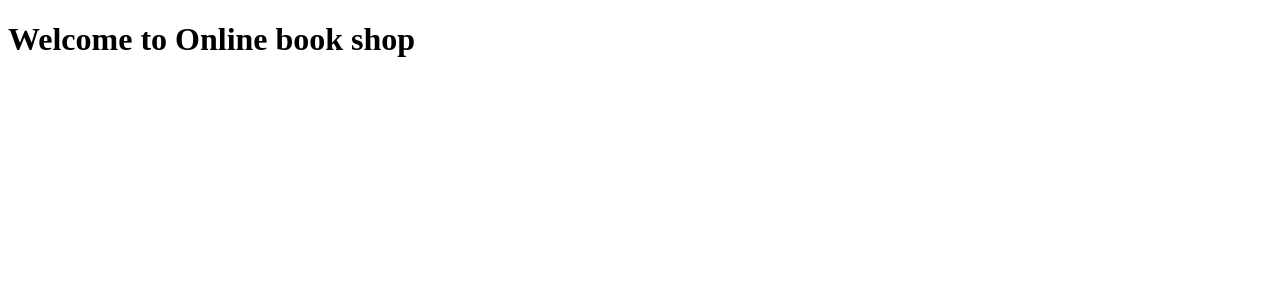
Repository: Jyoshika1263/Java-Training_Genpact
Page: shop/src/main/resources/static/index.html
An editor plug-in stored every save of this project. The page is shown before and after the next save, followed by the edit.
The browser window is 1280 px wide. The pictures show the whole page.

Above is the page before, as saved 2025-02-26 10:56:53.

After the next save:
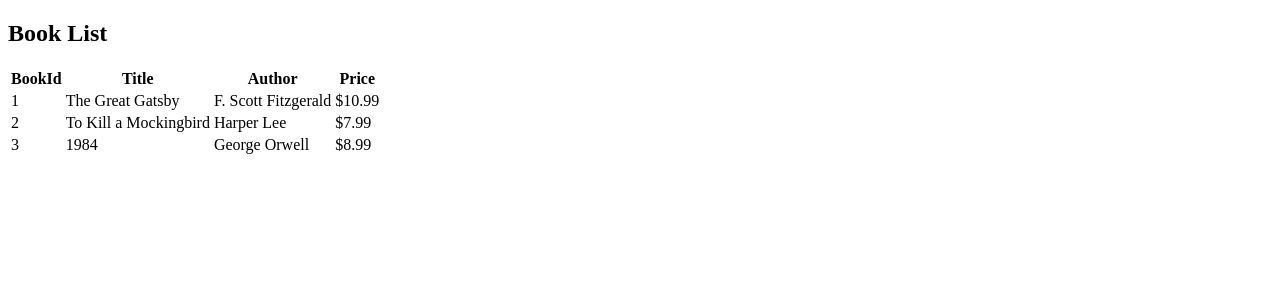
Saved 23 min 38 s later.
--- a/shop/src/main/resources/static/index.html
+++ b/shop/src/main/resources/static/index.html
@@ -1,10 +1,45 @@
 <!DOCTYPE html>
-<html>
-   <head>
-   <title>ONLINE BOOK SHOP</title>
-   </head>
-   <body>
-       <h1>Welcome to Online book shop</h1>
-   </body>
+<html lang="en">
+<head>
+    <meta charset="UTF-8">
+    <meta name="viewport" content="width=device-width, initial-scale=1.0">
+    <title>Book Table</title>
 
+</head>
+<body>
+
+<h2>Book List</h2>
+
+<table>
+    <thead>
+        <tr>
+            <th>BookId</th>
+            <th>Title</th>
+            <th>Author</th>
+            <th>Price</th>
+        </tr>
+    </thead>
+    <tbody>
+        <tr>
+            <td>1</td>
+            <td>The Great Gatsby</td>
+            <td>F. Scott Fitzgerald</td>
+            <td>$10.99</td>
+        </tr>
+        <tr>
+            <td>2</td>
+            <td>To Kill a Mockingbird</td>
+            <td>Harper Lee</td>
+            <td>$7.99</td>
+        </tr>
+        <tr>
+            <td>3</td>
+            <td>1984</td>
+            <td>George Orwell</td>
+            <td>$8.99</td>
+        </tr>
+    </tbody>
+</table>
+
+</body>
 </html>
